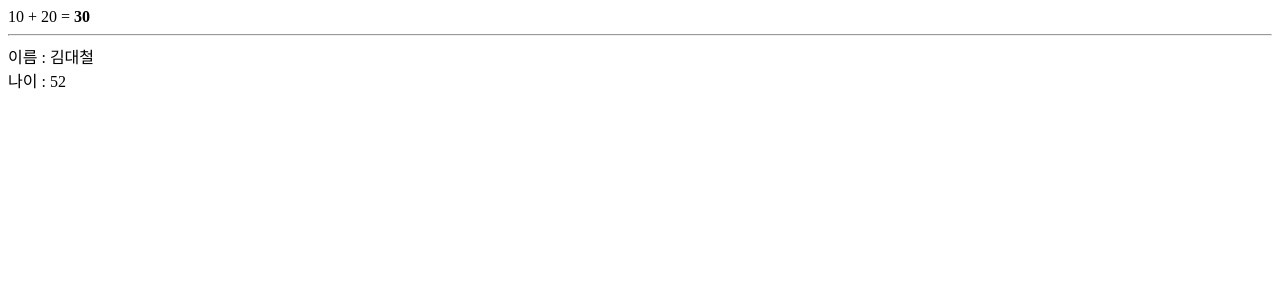
Repository: o3orr/jsp_study
Page: http://localhost/web-study-01/addition02.jsp
An editor plug-in stored every save of this project. The page is shown before and after a run of saves, followed by the edit.
The browser window is 1280 px wide. The pictures show the whole page.
The page is served by Tomcat 9.

Above is the page before, as saved 2024-02-28 01:13:57.

After the next 2 saves:
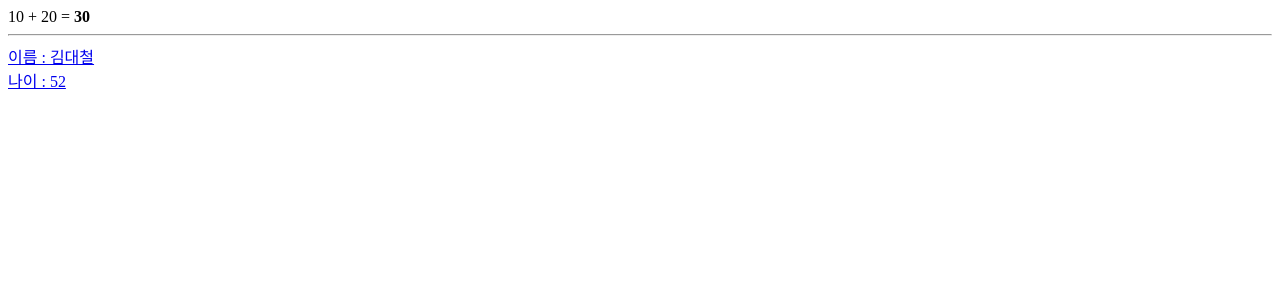
The 2 saves are shown as one change because they came seconds apart.
The last was saved 64 s later.
--- a/web-study-01/src/main/webapp/addition02.jsp
+++ b/web-study-01/src/main/webapp/addition02.jsp
@@ -21,7 +21,8 @@
 		int age = 52;
 	%>
 
-	이름 : <%=name %> <br>
-	나이 : <%=age %>
+	<a href="#">이름 : <%=name %></a><br>
+	<a href="#">나이 : <%=age %></a><br>
+
 </body>
 </html>
